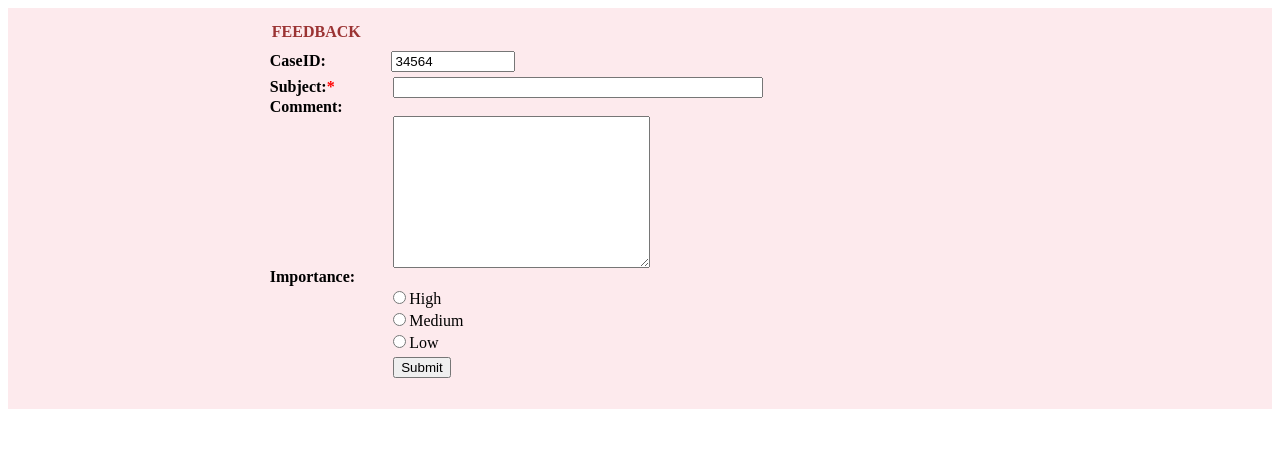
Repository: vRia4/INST728J-Victoria-Nathaniel
Page: Assignments/feedback.html
An editor plug-in stored every save of this project. The page is shown before and after the next save, followed by the edit.
The browser window is 1280 px wide. The pictures show the whole page.

Above is the page before, as saved 2023-07-25 11:38:35.

### Assignments/feedback.html
<html>
<head>
<title>Feedback</title>
<head>
    <style>
        .wrapper {
            background-color:rgb(253, 234, 237);
            padding: 15px;

        }

        .title {
            color:#9B3333;
            margin-left: 20%;
            margin-bottom: 10px;
            font-weight: bold;
        }

        label {
            margin-left: 20%;
            font-weight: bold;
        }

        input[type="num"] {
            width: 10%;
            margin-left: 5%;
        }

        input[type="class"] {
            width: 30%;
            margin-left: 4.4%;
            margin-top: 5px;
        }

        textarea {
            /* width: 19%; */
            margin-left: 30%;
            padding: 0px;
            margin-top: 0px;
        }

        input[type="radio"], input[type="submit"]{
        margin-left: 30%;
        margin-top: 5px;
        }

    </style>
</head>
<body>
    <div class="wrapper">
        <legend class="title">FEEDBACK</legend>

        <form name="myFirstForm" method="post" action="ThankYou.html">
            <label for="caseID" > CaseID: </label>
	        <input type="num" value="34564"><br>

            <label for="subject">Subject:<span style="color: red;">*</label>
            <input type="class" placeholder=" "> </br>

            <!-- <div> -->
                <label for="comment"> Comment: </label> </br>
                <textarea id="comment" name="comment" rows="10" cols="30"></textarea> </br>
            <!-- </div> -->

            <label for="importance"> Importance:</label><br>
            <input type="radio" name="value">High </br>
            <input type="radio" name="value">Medium </br>
            <input type="radio" name="value">Low </br>

            <div>
                <input type="submit" value="Submit">
            </div>
        </form>
    </div>

</body>
</html>

After the next save:
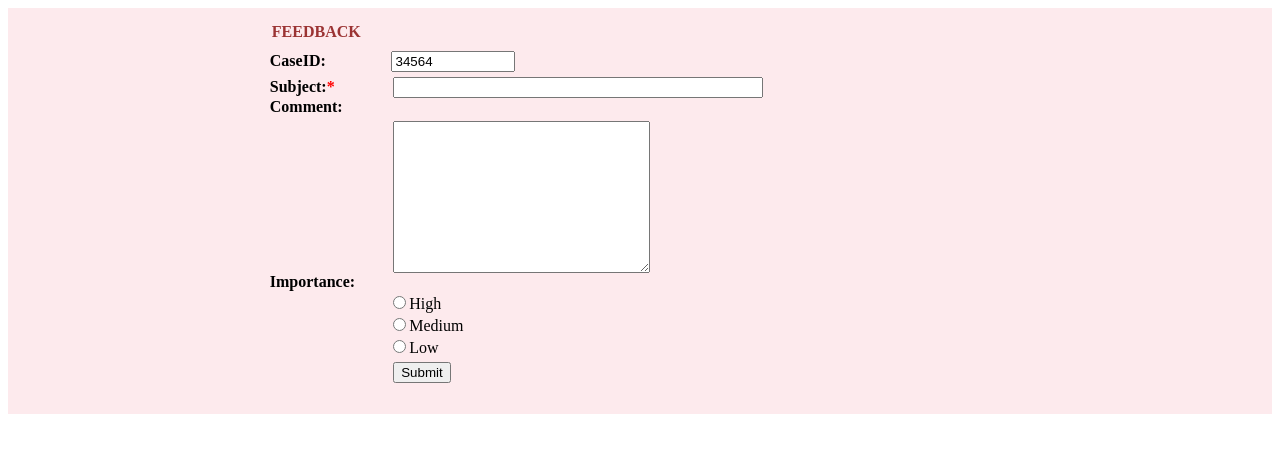
Saved 10 s later.
--- a/Assignments/feedback.html
+++ b/Assignments/feedback.html
@@ -36,7 +36,7 @@
             /* width: 19%; */
             margin-left: 30%;
             padding: 0px;
-            margin-top: 0px;
+            margin-top: 5px;
         }
 
         input[type="radio"], input[type="submit"]{
